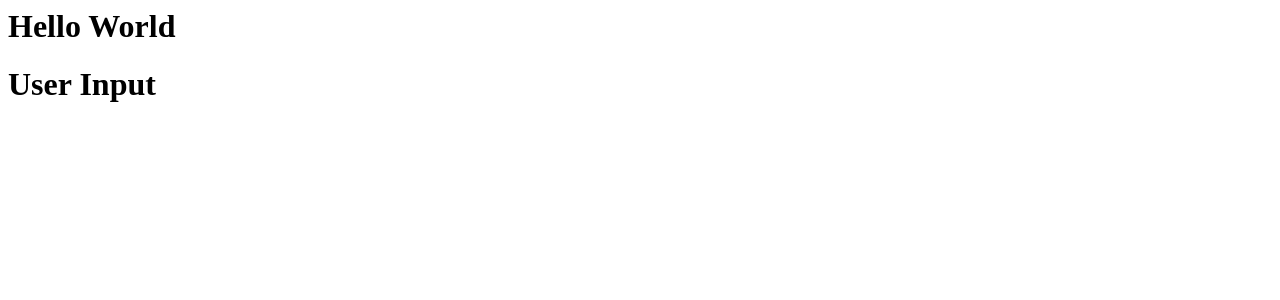
Repository: cheddartot/4830TE
Page: TEworkspace/insert_schantz.html
An editor plug-in stored every save of this project. The page is shown before and after the next save, followed by the edit.
The browser window is 1280 px wide. The pictures show the whole page.

Above is the page before, as saved 2019-09-30 01:53:26.

After the next save:
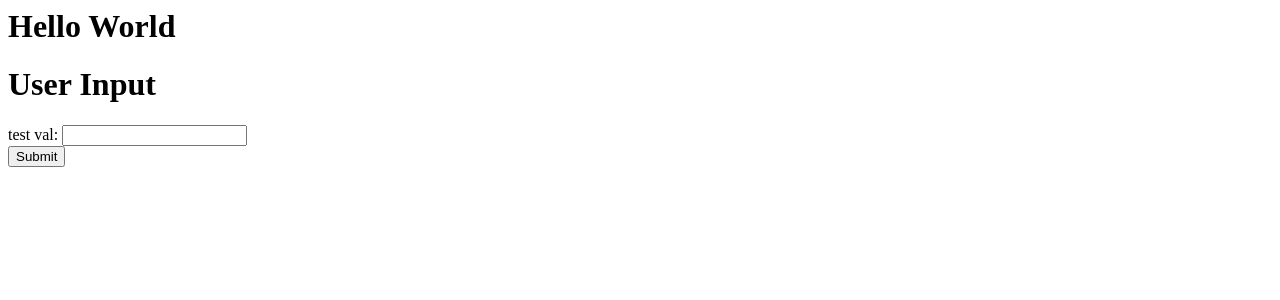
Saved 2 min 42 s later.
--- a/TEworkspace/insert_schantz.html
+++ b/TEworkspace/insert_schantz.html
@@ -14,6 +14,11 @@
 
 <body>
 	<h1>User Input</h1>
+	<form action="SimpleFormInsert" method="POST">
+
+		test val: <input type="text" name="test"> <br />
+		<input type="submit" value="Submit" />
+	</form>
 </body>
 
 <footer>
